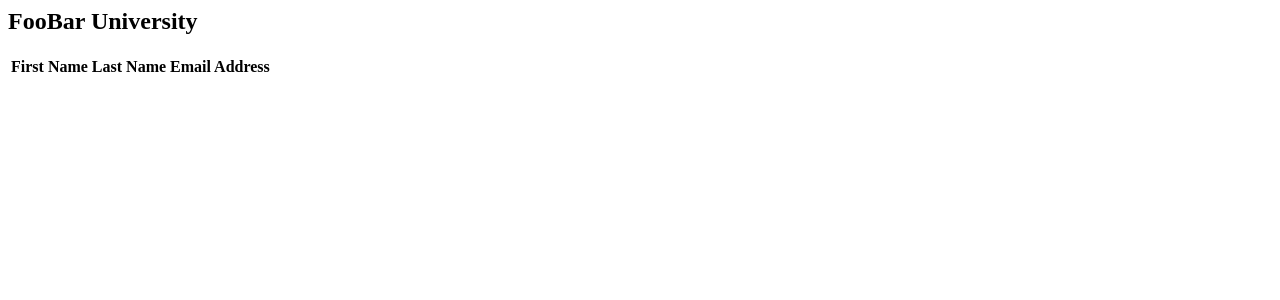
Repository: artiyom/Eclipse-Projects
Page: http://localhost/web-student-tracker/StudentControllerServlet
The author's editor kept a copy of each file at every save. The page is drawn from the files as they stood at one save, then again after the next save.
The browser window is 1280 px wide. The pictures show the whole page.
The page is served by Tomcat 9. Queries for data that is not in the repository find no rows.

Above is the page before, as saved 2018-07-05 07:48:57.

After the next save:
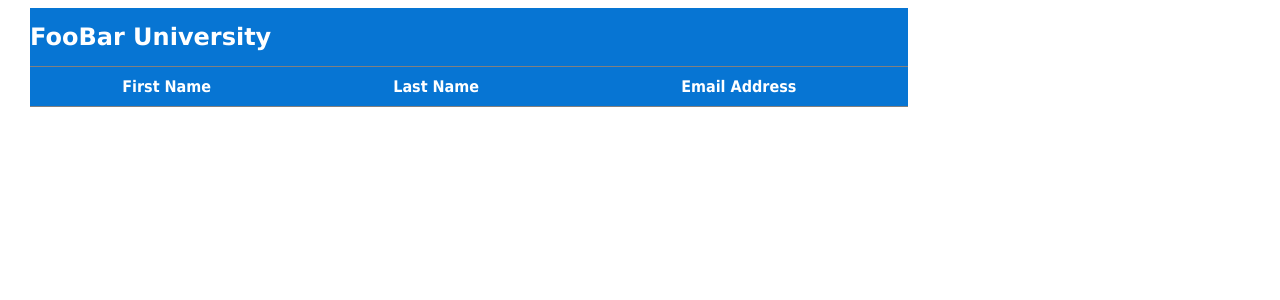
Saved 7 min 39 s later.
--- a/web-student-tracker/WebContent/list-students.jsp
+++ b/web-student-tracker/WebContent/list-students.jsp
@@ -1,6 +1,9 @@
 <%@ page import="java.util.*, com.luv2code.web.jdbc.*" %>
 <html>
-
+<head>
+<title>Student Tracker App</title>
+<link type="text/css" rel="stylesheet" href="css/style.css">
+</head>
 
 <%
 
